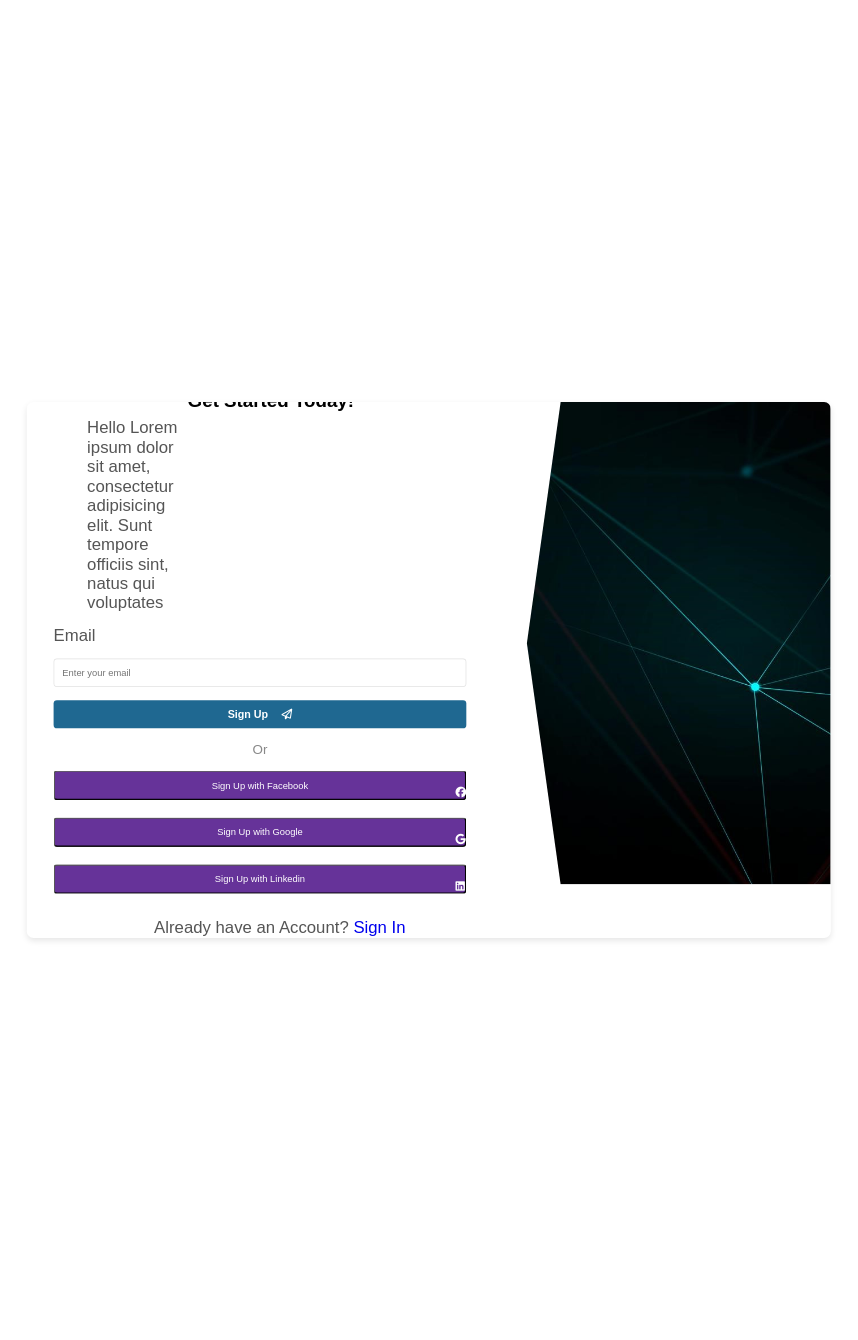
Repository: Femi007-gh/Login-V2
Page: index.html
These files come from the project's save history. The page is drawn as it stood at one moment and after the next save; the edit follows.
The browser window is 1280 px wide. The pictures show the whole page, at 67% of full size.

Above is the page before, as saved 2025-01-27 15:53:53.

After the next save:
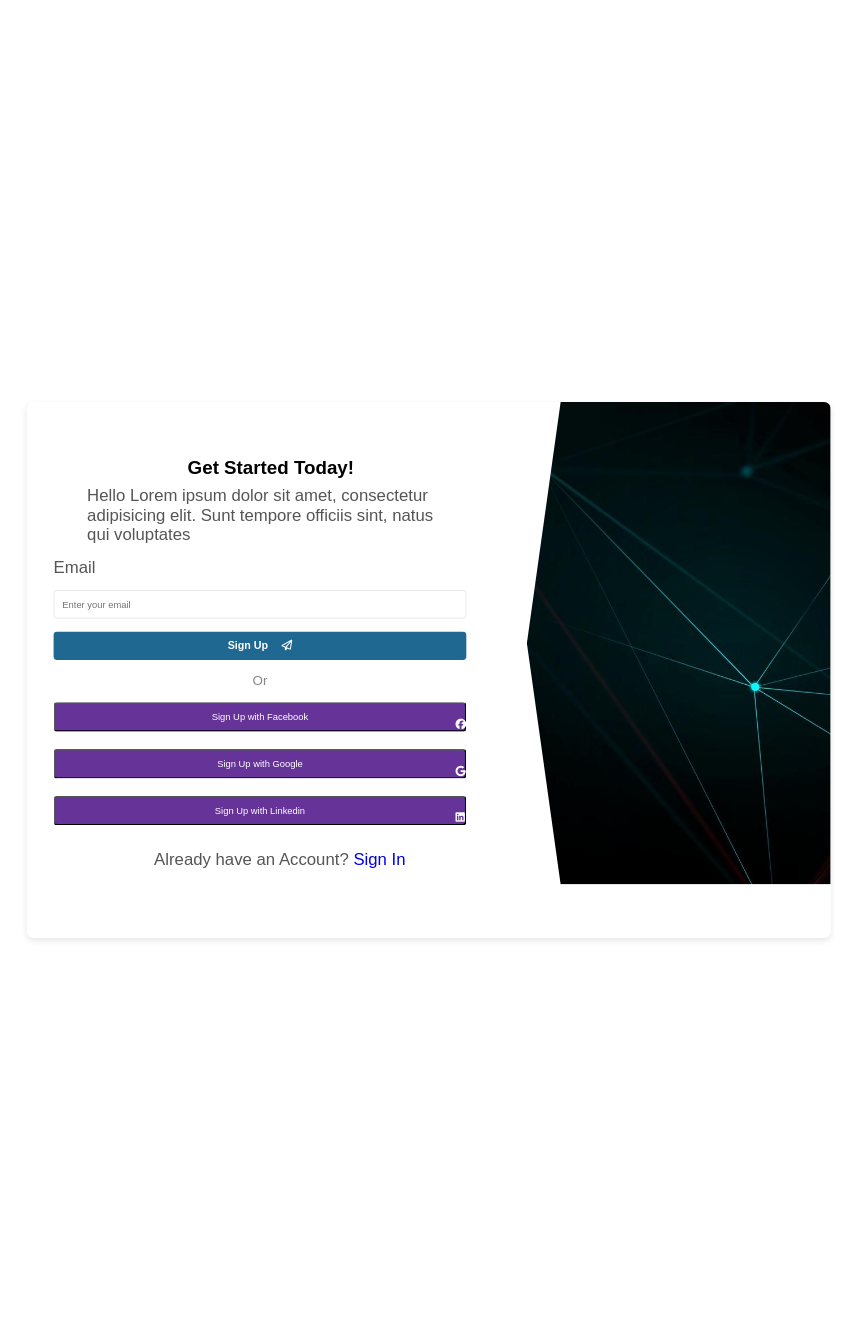
Saved 5 s later.
--- a/style.css
+++ b/style.css
@@ -139,5 +139,5 @@ h1 {
 
 .red {
   margin-left: 50px;
-  width: 140px;
+  width: 540px;
 }
